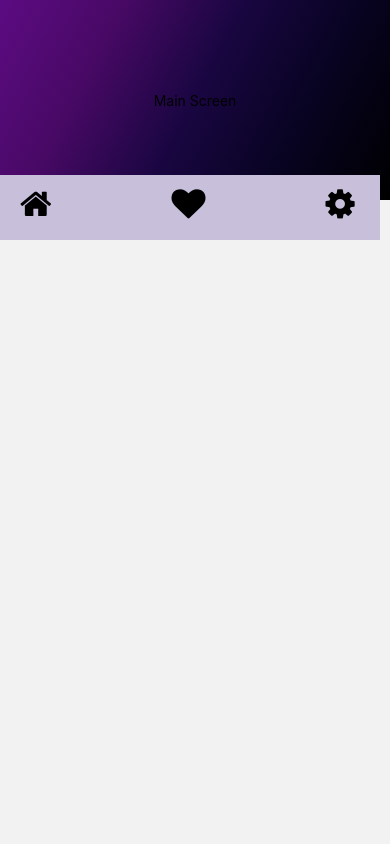
Repository: eyebone/barManager
Screen: /Main
An editor plug-in stored every save of this project. The screen is shown before and after a run of saves, followed by the edit.
The app was drawn by React Native's web renderer in a window 390 px wide. The project was rebuilt for these pictures with package versions that can differ from the ones it lists, and the page was loaded fresh each time. Some packages were replaced by stand-ins written for this rebuild. Also part of the build but not shown: components/EmojiPicker.js, components/Button.js, components/circleButton.js, components/IconButton.js, view/ViewOne.js, view/Sign.js.

Above is the screen before, as saved 2023-06-27 09:49:56.

After the next 6 saves:
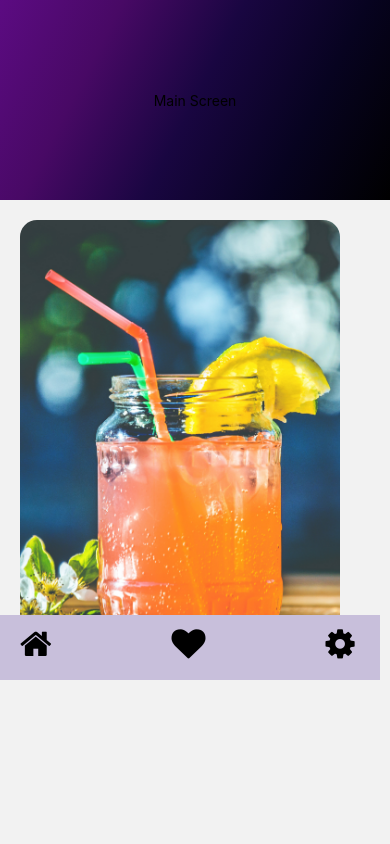
The 6 saves are shown as one change because 1 did not build or start and some came seconds apart.
The last was saved 29 s later.
--- a/view/Main.js
+++ b/view/Main.js
@@ -31,7 +31,9 @@ export function MainView({ navigation }) {
         <Text>Main Screen</Text>
       </LinearGradient>
 
-      <View style={styles.content}>{/* Your content goes here */}</View>
+      <View style={styles.content}>{/* Your content goes here */}
+          <ImageViewer placeholderImageSource={img} />
+      </View>
 
       <View style={styles.navigationBarContainer}>
         <NavigationBar navigation={navigation} />
